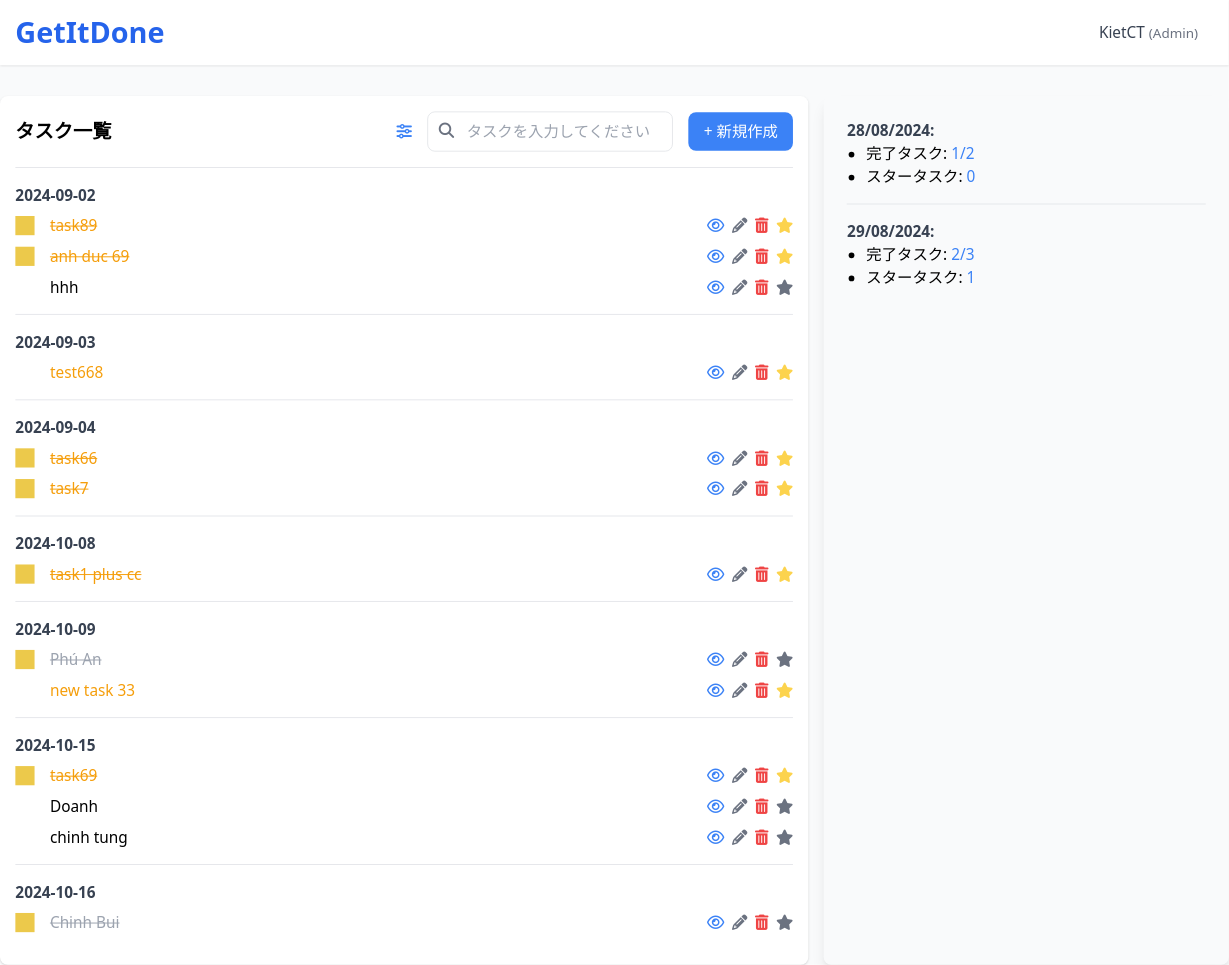
Repository: TuanAnhNguyen723/todolist
Page: http://localhost/mainscreen/mainscreen.php
These files come from the project's save history. The page is drawn as it stood at one moment and after the next save; the edit follows.
The browser window is 1280 px wide. The pictures show the whole page, at 96% of full size.
Some web libraries are served in a nearby version. The page is run by PHP 8.4 with error messages shown; the project is at /var/www/html/. The database holds what the project's SQL file puts in it.

Above is the page before, as saved 2024-10-02 14:11:51.

### mainscreen/mainscreen.php
<!DOCTYPE html>
<?php
include '../mainscreen/mainscreenController.php';
?>

<html lang="ja">
  <head>
    <meta charset="UTF-8" />
    <meta name="viewport" content="width=device-width, initial-scale=1.0" />
    <title>GetItDone Task List</title>
    <link
      href="https://cdn.jsdelivr.net/npm/tailwindcss@2.2.19/dist/tailwind.min.css"
      rel="stylesheet"
    />
    <link
      rel="stylesheet"
      href="https://cdnjs.cloudflare.com/ajax/libs/font-awesome/6.6.0/css/all.min.css"
    />

    <link href="./mainscreen.css">
    <script src="./mainscreen.js" defer></script>

    <style>
      .form-checkbox:checked {
        background-color: #ECC94B; /* Màu vàng tương đương với bg-yellow-500 */
        border-color: #ECC94B; /* Viền vàng */
      }
    </style>
  </head>
  <body class="bg-gray-50">
    <!-- Header Section -->
    <header class="bg-white shadow p-4 flex justify-between items-center">
      <div class="flex items-center">
        <h1 class="text-3xl font-bold text-blue-600">GetItDone</h1>
      </div>
      <div class="flex items-center">
        <span class="text-gray-700 mr-4"
          >KietCT <span class="text-sm text-gray-500">(Admin)</span></span
        >
      </div>
    </header>

    <!-- Main Section -->
    <main class="container mx-auto mt-8">
      <div class="flex justify-between">
        <!-- Task List -->
        <div class="w-2/3 bg-white p-4 shadow rounded-lg">
          <div class="flex justify-between items-center mb-4">
            <!-- Task List Title -->
            <h2 class="text-xl font-bold">タスク一覧</h2>

            <div class="flex items-center space-x-4">
              <!-- Filter Icon -->
              <button class="text-blue-500 hover:text-gray-700">
                <i class="fas fa-sliders-h"></i>
              </button>

              <!-- Search Input with Icon -->
              <div class="relative">
                <input
                  type="text"
                  class="border rounded-lg pl-10 pr-3 py-2 w-64"
                  placeholder="タスクを入力してください"
                />
                <!-- Search Icon -->
                <i
                  class="fas fa-search absolute left-3 top-3 text-gray-500"
                ></i>
              </div>

              <!-- New Task Button -->
              <button
                class="newtask bg-blue-500 text-white px-4 py-2 rounded-lg"
              >
                + 新規作成
              </button>
            </div>
          </div>

          <!-- Task Groups by Date -->
          <div class="task-container">
          <?php foreach ($tasks_by_date as $date => $tasks): ?>
            <div class="mb-4 border-t pt-4">
                <h3 class="font-bold text-gray-700"><?php echo htmlspecialchars($date); ?></h3>

                <?php foreach ($tasks as $task): ?>
                    <div class="task-container2 flex justify-between items-center space-x-4 my-2">
                        <div class="flex items-center space-x-4">
                            <!-- // Kết hợp giữa trạng thái checked và trạng thái star -->
                            <input
                                type="checkbox"
                                class="appearance-none form-checkbox h-5 w-5 toggle-complete <?php echo $task['star'] ? 'checked' : ''; ?>"
                                data-task-id="<?php echo $task['task_id']; ?>"
                                <?php echo $task['checked'] ? 'checked' : ''; ?>
                            />
                            <!-- // Kết hợp trạng thái star với việc đánh dấu gạch ngang nếu hoàn thành -->
                            <span class="task-text <?php echo $task['checked'] ? 'line-through text-gray-400' : ''; ?> <?php echo $task['star'] ? 'text-yellow-500' : ''; ?>">
                                <?php echo htmlspecialchars($task['title']); ?>
                            </span>
                        </div>
                        <div class="flex space-x-2">
                            <!-- Nút xem chi tiết -->
                            <button class="text-blue-500 hover:text-blue-700">
                                <i class="fa fa-eye"></i>
                            </button>

                            <!-- Nút sửa -->
                            <button class="text-gray-500 hover:text-gray-700 edit-task-button" data-task-id="<?php echo $task['task_id']; ?>">
                                <i class="fa fa-pencil"></i>
                            </button>

                            <!-- Nút xóa -->
                            <form action="./mainscreenController.php" method="POST" style="display:inline;">
                                <input type="hidden" name="task_id" value="<?php echo $task['task_id']; ?>">
                                <button type="submit" name="delete_task" class="text-red-500 hover:text-red-700">
                                    <i class="fa fa-trash"></i>
                                </button>
                            </form>

                            <!-- // Kết hợp trạng thái star -->
                            <button class="text-gray-500 hover:text-yellow-300 star-icon <?php echo $task['star'] ? 'text-yellow-300' : ''; ?>" data-task-id="<?php echo $task['task_id']; ?>">
                                <i class="fa fa-star"></i>
                            </button>
                        </div>
                    </div>
                <?php endforeach; ?>
            </div>
          <?php endforeach; ?>



          </div>
        </div>

        <!-- Task Completion Summary -->
        <div
          id="task-summary"
          class="w-1/3 bg-grey-900 p-6 rounded-lg shadow-lg ml-4"
        >
          <h3 class="font-bold text-gray-700">28/08/2024:</h3>
          <ul class="list-disc pl-5">
            <li>完了タスク: <span class="text-blue-500">1/2</span></li>
            <li>スタータスク: <span class="text-blue-500">0</span></li>
          </ul>

          <h3 class="font-bold text-gray-700 mt-4 border-t pt-4">
            29/08/2024:
          </h3>
          <ul class="list-disc pl-5">
            <li>完了タスク: <span class="text-blue-500">2/3</span></li>
            <li>スタータスク: <span class="text-blue-500">1</span></li>
          </ul>
        </div>

        <!-- Task Add Modal -->
        <div id="taskAddModal" class="fixed z-50 inset-0 overflow-y-auto hidden">
          <div class="flex items-center justify-center min-h-screen bg-black bg-opacity-50">
            <div class="relative bg-white w-96 p-6 rounded-lg shadow-lg">
              <!-- Close Button -->
              <button id="closeModal" class="absolute top-2 right-2 text-gray-500 hover:text-gray-700">
                <i class="fas fa-times"></i>
              </button>

              <!-- Modal Title -->
              <h2 class="text-2xl font-bold mb-4">タスク追加</h2>

              <!-- Form -->

              <form action="mainscreenController.php" method="POST">
                <!-- Task Title -->
                <input
                  name="title"
                  type="text"
                  placeholder="タイトルが入力してください"
                  class="title w-full border border-gray-300 p-2 rounded-lg mb-4"
                />

                <!-- Date Pickers -->
                <div class="flex justify-between space-x-4 mb-4">
                  <div class="w-1/2 relative">
                    <label for="time_start" class="sr-only">Start Date</label>
                    <input
                      type="date"
                      name="time_start"
                      class="w-full border border-gray-300 p-2 rounded-lg"
                    />
                  </div>
                  <div class="w-1/2 relative">
                    <label for="time_end" class="sr-only">End Date</label>
                    <input
                      type="date"
                      name="time_end"
                      class="w-full border border-gray-300 p-2 rounded-lg"
                    />
                  </div>
                </div>

                <!-- Task Description -->
                <textarea
                  name="description"
                  placeholder="ディスクリプが入力してください"
                  class="w-full border border-gray-300 p-2 rounded-lg mb-4"
                  rows="4"
                ></textarea>

                <!-- Buttons -->
                <div class="flex justify-between">
                  <button
                    type="submit"
                    class="bg-blue-500 text-white px-4 py-2 rounded-lg w-full mr-2"
                  >
                    作成
                  </button>
                  <button
                    type="button"
                    class="border border-blue-500 text-blue-500 px-4 py-2 rounded-lg w-full"
                    id="cancelButton"
                  >
                    キャンセル
                  </button>
                </div>
              </form>

            </div>
          </div>
        </div>

        <!-- Filter Modal -->
        <div
          id="filterModal"
          class="fixed inset-0 bg-black bg-opacity-30 flex justify-center items-center hidden"
        >
          <div class="bg-white p-6 rounded-lg shadow-lg w-80">
            <h2 class="text-xl font-bold mb-4">フィルターオプション</h2>

            <!-- Status Dropdown -->
            <div class="mb-4 relative">
              <label class="block text-gray-700 font-semibold"
                >ステータス</label
              >
              <button
                id="statusButton"
                class="bg-gray-200 border border-gray-300 p-2 w-full text-left rounded-lg flex justify-between items-center"
              >
                <span id="statusText">全ステータス</span>
                <i class="fas fa-chevron-down"></i>
              </button>

              <ul
                id="statusDropdown"
                class="absolute bg-white border border-gray-300 rounded-lg w-full hidden mt-1 z-10"
              >
                <li
                  class="p-2 hover:bg-blue-500 hover:text-white cursor-pointer"
                  data-value="全ステータス"
                >
                  全ステータス
                </li>
                <li
                  class="p-2 hover:bg-blue-500 hover:text-white cursor-pointer"
                  data-value="完了"
                >
                  完了
                </li>
                <li
                  class="p-2 hover:bg-blue-500 hover:text-white cursor-pointer"
                  data-value="未完了"
                >
                  未完了
                </li>
              </ul>
            </div>

            <!-- Date Picker -->
            <div class="flex items-center mb-4">
              <i class="fas fa-calendar mr-2"></i>
              <span>締め切り</span>
            </div>

            <!-- Star Task Checkbox -->
            <div class="flex items-center mb-4">
              <input type="checkbox" id="starTask" class="mr-2" />
              <label for="starTask">スタータスク</label>
            </div>

            <!-- Buttons -->
            <div class="flex justify-between">
              <button
                id="resetButton"
                class="bg-gray-300 text-gray-700 px-4 py-2 rounded-lg"
              >
                リセット
              </button>
              <button
                id="applyButton"
                class="bg-blue-500 text-white px-4 py-2 rounded-lg"
              >
                適用
              </button>
            </div>
          </div>
        </div>


     <!-- Modal chỉnh sửa task -->
      <div id="taskEditModal" class="fixed z-50 inset-0 overflow-y-auto hidden">
        <div class="flex items-center justify-center min-h-screen bg-black bg-opacity-50">
          <div class="relative bg-white w-96 p-6 rounded-lg shadow-lg">
            <!-- Close Button -->
            <button id="closeEditModal" class="absolute top-2 right-2 text-gray-500 hover:text-gray-700">
              <i class="fas fa-times"></i>
            </button>



            <!-- Modal Content -->
            <h2 class="text-2xl font-bold mb-4">タスク編集</h2>
            <!-- Form -->
            <form id="editTaskForm" action="mainscreenController.php" method="POST">
              <!-- Task ID (ẩn) để biết nhiệm vụ nào cần chỉnh sửa -->
              <input type="hidden" name="edit_task_id" value="">

              <!-- Task Title -->
              <input name="edit_title" type="text" placeholder="タイトルを入力してください" class="edit-title w-full border border-gray-300 p-2 rounded-lg mb-4" />

              <!-- Date Pickers -->
              <div class="flex justify-between space-x-4 mb-4">
                <div class="w-1/2 relative">
                  <label for="edit_time_start" class="sr-only">Start Date</label>
                  <input type="date" name="edit_time_start" class="edit-time-start w-full border border-gray-300 p-2 rounded-lg" />
                </div>
                <div class="w-1/2 relative">
                  <label for="edit_time_end" class="sr-only">End Date</label>
                  <input type="date" name="edit_time_end" class="edit-time-end w-full border border-gray-300 p-2 rounded-lg" />
                </div>
              </div>

              <!-- Task Description -->
              <textarea name="edit_description" placeholder="ディスクリプションを入力してください" class="edit-description w-full border border-gray-300 p-2 rounded-lg mb-4" rows="4"></textarea>

              <!-- Buttons -->
              <div class="flex justify-between">
                <button id="saveEditButton" class="bg-blue-500 text-white px-4 py-2 rounded-lg w-full mr-2">
                  保存
                </button>
                <button type="button" class="border border-blue-500 text-blue-500 px-4 py-2 rounded-lg w-full" id="cancelEditButton">
                  キャンセル
                </button>
              </div>
            </form>
          </div>
        </div>
      </div>

      </div>
    </main>

    <!-- Icons FontAwesome -->
    <script src="https://kit.fontawesome.com/a076d05399.js"></script>
  </body>
</html>

### mainscreen/mainscreenController.php
<?php
// Kết nối đến CSDL
include '../config.php';

// Kiểm tra nếu form được gửi đi
if ($_SERVER['REQUEST_METHOD'] == 'POST') {

    if ($conn->connect_error) {
        die("Connection failed: " . $conn->connect_error);
    }

    // Xử lý cập nhật trạng thái 'checked' của task
    if (isset($_POST['task_id']) && isset($_POST['checked'])) {
        $task_id = intval($_POST['task_id']);
        $checked = intval($_POST['checked']);

        $sql = "UPDATE task SET checked = ? WHERE task_id = ?";
        $stmt = $conn->prepare($sql);

        if ($stmt === false) {
            die('Lỗi chuẩn bị SQL: ' . $conn->error);
        }

        $stmt->bind_param("ii", $checked, $task_id);

        if ($stmt->execute()) {
            echo "Trạng thái nhiệm vụ đã được cập nhật thành công.";
        } else {
            echo "Lỗi khi cập nhật trạng thái nhiệm vụ.";
        }

        $stmt->close();
        $conn->close();
        exit();
    }

    // Xử lý yêu cầu thêm task mới
    if (isset($_POST['title']) && isset($_POST['time_start']) && isset($_POST['time_end'])) {
        $title = $_POST['title'];
        $description = $_POST['description'];
        $time_start = $_POST['time_start'];
        $time_end = $_POST['time_end'];

        if (empty($title) || empty($time_start) || empty($time_end)) {
            header("Location: mainscreen.php?error=empty_fields");
            exit;
        }

        $sql = "INSERT INTO task (title, description, time_start, time_end, checked, user_id, grouptask_id)
                VALUES (?, ?, ?, ?, 0, 'some_user_id', 'some_group_id')";
        $stmt = $conn->prepare($sql);

        if ($stmt === false) {
            die('Lỗi chuẩn bị SQL: ' . $conn->error);
        }

        $stmt->bind_param("ssss", $title, $description, $time_start, $time_end);

        if ($stmt->execute()) {
            header("Location: mainscreen.php?success=1");
            exit();
        } else {
            header("Location: mainscreen.php?error=insert_failed");
            exit();
        }

        $stmt->close();
        $conn->close();
    }

    // Xử lý yêu cầu xóa task
    if (isset($_POST['task_id']) && isset($_POST['delete_task'])) {
        $task_id = intval($_POST['task_id']);

        $sql = "DELETE FROM task WHERE task_id = ?";
        $stmt = $conn->prepare($sql);

        if ($stmt === false) {
            die('Lỗi chuẩn bị SQL: ' . $conn->error);
        }

        $stmt->bind_param("i", $task_id);

        if ($stmt->execute()) {
            echo "Nhiệm vụ đã được xóa thành công.";
        } else {
            echo "Lỗi khi xóa nhiệm vụ.";
        }

        $stmt->close();
        $conn->close();
        exit();
    }

    // Xử lý yêu cầu chỉnh sửa (update) task
    if (isset($_POST['edit_task']) && isset($_POST['task_id'])) {
        $task_id = intval($_POST['task_id']);
        $title = $_POST['title'];
        $description = $_POST['description'];
        $time_start = $_POST['time_start'];
        $time_end = $_POST['time_end'];

        // Kiểm tra task_id đã tồn tại và cập nhật dữ liệu
        $sql = "UPDATE task SET title = ?, description = ?, time_start = ?, time_end = ? WHERE task_id = ?";
        $stmt = $conn->prepare($sql);

        if ($stmt === false) {
            die('Lỗi chuẩn bị SQL: ' . $conn->error);
        }

        $stmt->bind_param("ssssi", $title, $description, $time_start, $time_end, $task_id);

        if ($stmt->execute()) {
            echo "Nhiệm vụ đã được cập nhật thành công.";
        } else {
            echo "Lỗi khi cập nhật nhiệm vụ.";
        }

        $stmt->close();
        $conn->close();
        exit();
    }

// Xử lý cập nhật trạng thái 'star' của task
if (isset($_POST['task_id']) && isset($_POST['star'])) {
    $task_id = intval($_POST['task_id']);
    $star = intval($_POST['star']);

    $sql = "UPDATE task SET star = ? WHERE task_id = ?";
    $stmt = $conn->prepare($sql);

    if ($stmt === false) {
        die('Lỗi chuẩn bị SQL: ' . $conn->error);
    }

    $stmt->bind_param("ii", $star, $task_id);

    if ($stmt->execute()) {
        echo "Trạng thái ngôi sao đã được cập nhật thành công.";
    } else {
        echo "Lỗi khi cập nhật trạng thái ngôi sao.";
    }

    $stmt->close();
    $conn->close();
    exit();
}

}

if (isset($_GET['task_id'])) {
    $task_id = intval($_GET['task_id']); // Đảm bảo task_id là số nguyên hợp lệ

    // Chuẩn bị câu truy vấn SQL để lấy thông tin task dựa trên task_id
    $sql = "SELECT * FROM task WHERE task_id = ?";
    $stmt = $conn->prepare($sql);

    if ($stmt === false) {
        die('Lỗi chuẩn bị SQL: ' . $conn->error);
    }

    $stmt->bind_param("i", $task_id);
    $stmt->execute();
    $result = $stmt->get_result();

    if ($result->num_rows > 0) {
        // Trả về duy nhất một task có task_id đã click
        $task = $result->fetch_assoc();
        echo json_encode($task); // Trả về dữ liệu JSON
    } else {
        echo json_encode(['error' => 'Không tìm thấy task.']);
    }

    $stmt->close();
    $conn->close();
    exit();
}


// Truy vấn tất cả các nhiệm vụ từ bảng task và sắp xếp theo time_start
$sql = "SELECT * FROM task ORDER BY time_start ASC";
$result = $conn->query($sql);

$tasks_by_date = [];

if ($result->num_rows > 0) {
    while ($row = $result->fetch_assoc()) {
        $date = date('Y-m-d', strtotime($row['time_start']));
        $tasks_by_date[$date][] = $row;
    }
} else {
    $tasks_by_date = []; // Không có dữ liệu
}

// Đóng kết nối
$conn->close();

### config.php
<?php
define('DB_SERVER', 'localhost');
define('DB_USERNAME', 'root');
define('DB_PASSWORD', '');
define('DB_NAME', 'todolistdb');

$conn = mysqli_connect(DB_SERVER, DB_USERNAME, DB_PASSWORD, DB_NAME);



if($conn === false){
    die("ERROR: Could not connect. " . mysqli_connect_error());
}
?>

### todolistdb.sql (the tables this page reads)
CREATE TABLE `task` (
  `task_id` int(11) NOT NULL,
  `title` varchar(255) NOT NULL,
  `description` varchar(255) NOT NULL,
  `time_start` date NOT NULL,
  `time_end` date NOT NULL,
  `checked` tinyint(1) NOT NULL,
  `user_id` varchar(10) NOT NULL,
  `grouptask_id` varchar(10) NOT NULL,
  `star` tinyint(1) NOT NULL
) ENGINE=InnoDB DEFAULT CHARSET=utf8mb4 COLLATE=utf8mb4_general_ci;

INSERT INTO `task` (`task_id`, `title`, `description`, `time_start`, `time_end`, `checked`, `user_id`, `grouptask_id`, `star`) VALUES
(26, 'task89', 'test89', '2024-09-02', '2024-09-11', 1, 'some_user_', 'some_group', 1),
(28, 'task1 plus  cc', 'test1 plus cc', '2024-10-08', '2024-09-10', 1, 'some_user_', 'some_group', 1),
(30, 'task66', 'test66', '2024-09-04', '2024-09-13', 1, 'some_user_', 'some_group', 1),
(36, 'task69', 'test69\r\n', '2024-10-15', '2024-10-17', 1, 'some_user_', 'some_group', 1),
(38, 'task7', 'test7', '2024-09-04', '2024-10-15', 1, 'some_user_', 'some_group', 1),
(42, 'Doanh', 'đần', '2024-10-15', '2024-10-14', 0, 'some_user_', 'some_group', 0),
(46, 'Phú An', 'An ', '2024-10-09', '2024-10-14', 1, 'some_user_', 'some_group', 0),
(56, 'Chinh Bui', 'tft', '2024-10-16', '2024-10-21', 1, 'some_user_', 'some_group', 0),
(58, '              anh duc 69            ', 'anh duc 69', '2024-09-02', '2024-10-08', 1, 'some_user_', 'some_group', 1),
(59, '                            test668                        ', 'test668', '2024-09-03', '2024-10-08', 0, 'some_user_', 'some_group', 1),
(61, 'chinh tung', 'tung chinh', '2024-10-15', '2024-10-08', 0, 'some_user_', 'some_group', 0),
(62, 'new task 33', 'new test 3 3', '2024-10-09', '2024-10-11', 0, 'some_user_', 'some_group', 1),
(63, 'hhh', 'hhh', '2024-09-02', '2024-10-07', 0, 'some_user_', 'some_group', 0);

ALTER TABLE `task`
  ADD PRIMARY KEY (`task_id`);

ALTER TABLE `task`
  MODIFY `task_id` int(11) NOT NULL AUTO_INCREMENT, AUTO_INCREMENT=64;

Loaded but not shown: mainscreen/mainscreen.js (321 lines, source omitted)

After the next save:
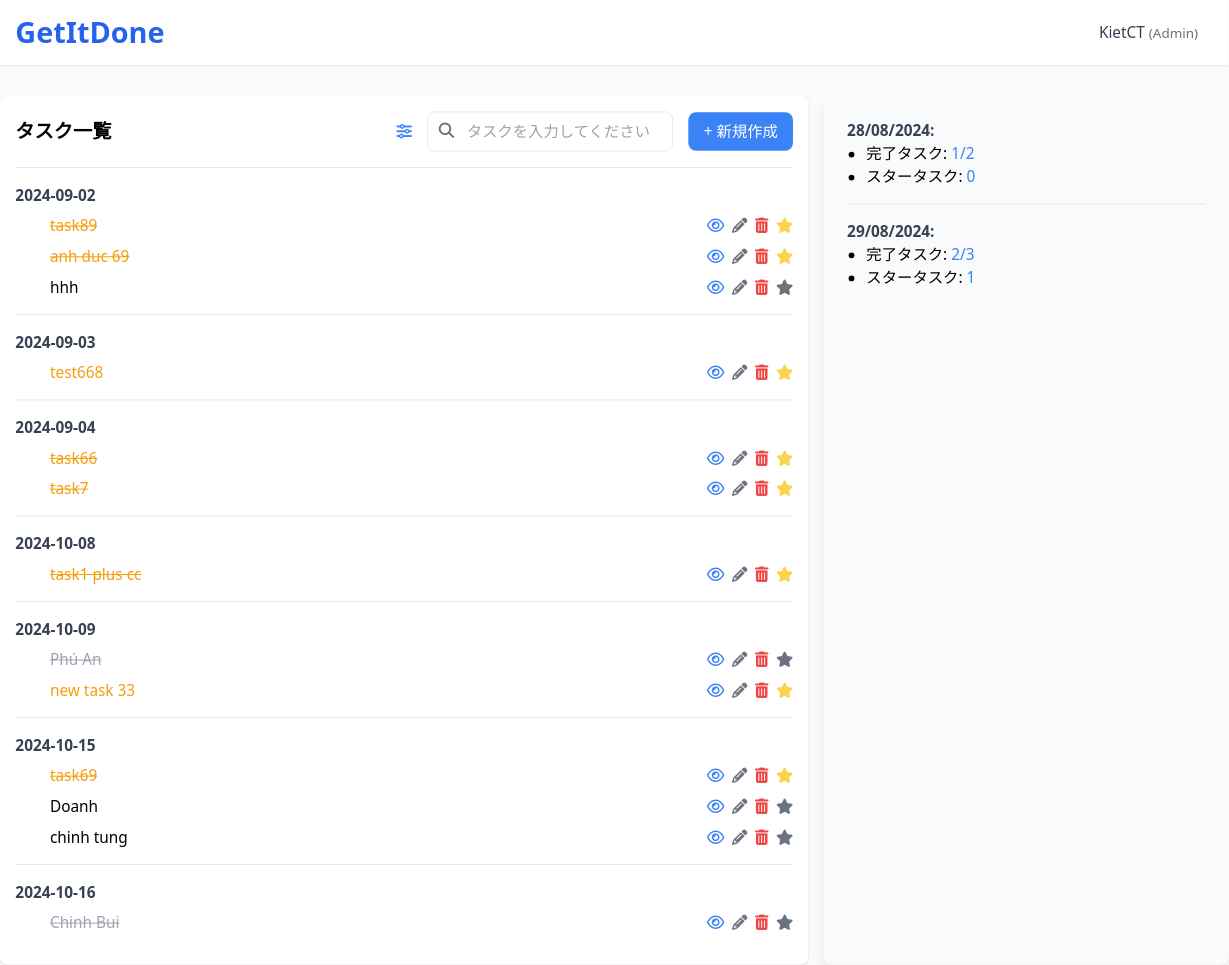
Saved 33 s later.
--- a/mainscreen/mainscreen.php
+++ b/mainscreen/mainscreen.php
@@ -20,12 +20,6 @@ include '../mainscreen/mainscreenController.php';
     <link href="./mainscreen.css">
     <script src="./mainscreen.js" defer></script>
 
-    <style>
-      .form-checkbox:checked {
-        background-color: #ECC94B; /* Màu vàng tương đương với bg-yellow-500 */
-        border-color: #ECC94B; /* Viền vàng */
-      }
-    </style>
   </head>
   <body class="bg-gray-50">
     <!-- Header Section -->
